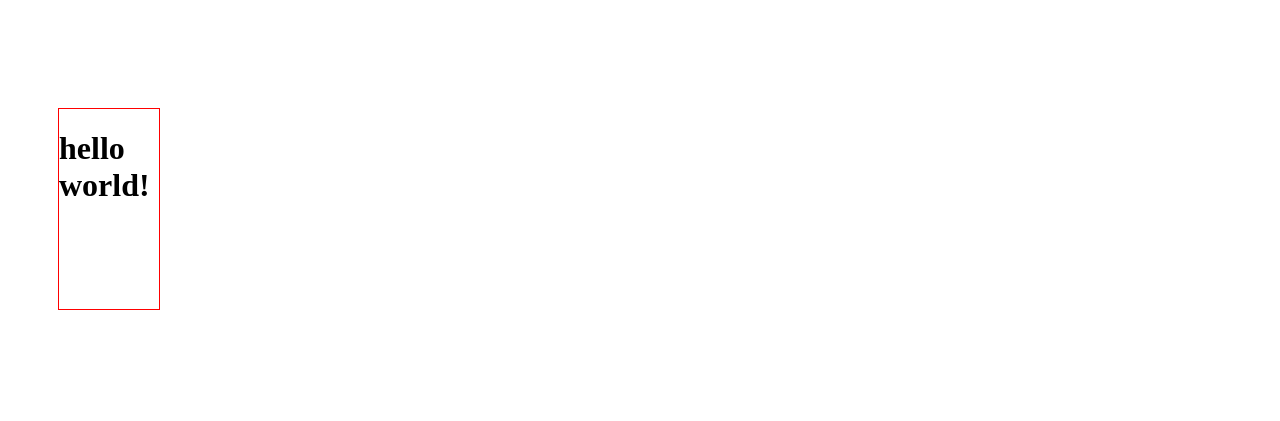
Repository: XiaoSheng-hub/vue_study
Page: css基础/Demo09.html
These files come from the project's save history. The page is drawn as it stood at one moment and after a run of saves; the edit follows.
The browser window is 1280 px wide. The pictures show the whole page.

Above is the page before, as saved 2022-03-29 13:54:01.

After the next 2 saves:
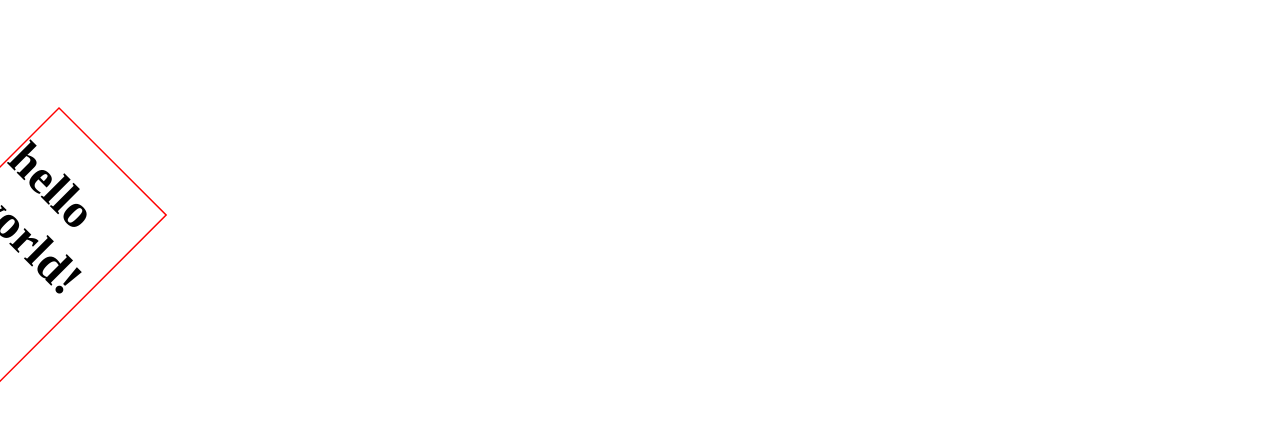
The 2 saves are shown as one change because they came seconds apart.
The last was saved 6 s later.
--- a/css基础/Demo09.html
+++ b/css基础/Demo09.html
@@ -12,8 +12,7 @@
             border: 1px solid red;
             /* border-radius: 50px;
             box-shadow: 10px 50px 20px blue; */
-            transform: rotate(45deg) scale(1.5);
-            transform: translate(50px,100px);
+            transform: rotate(45deg) scale(1.5) translate(50px,100px);
         }
     </style>
 </head>
